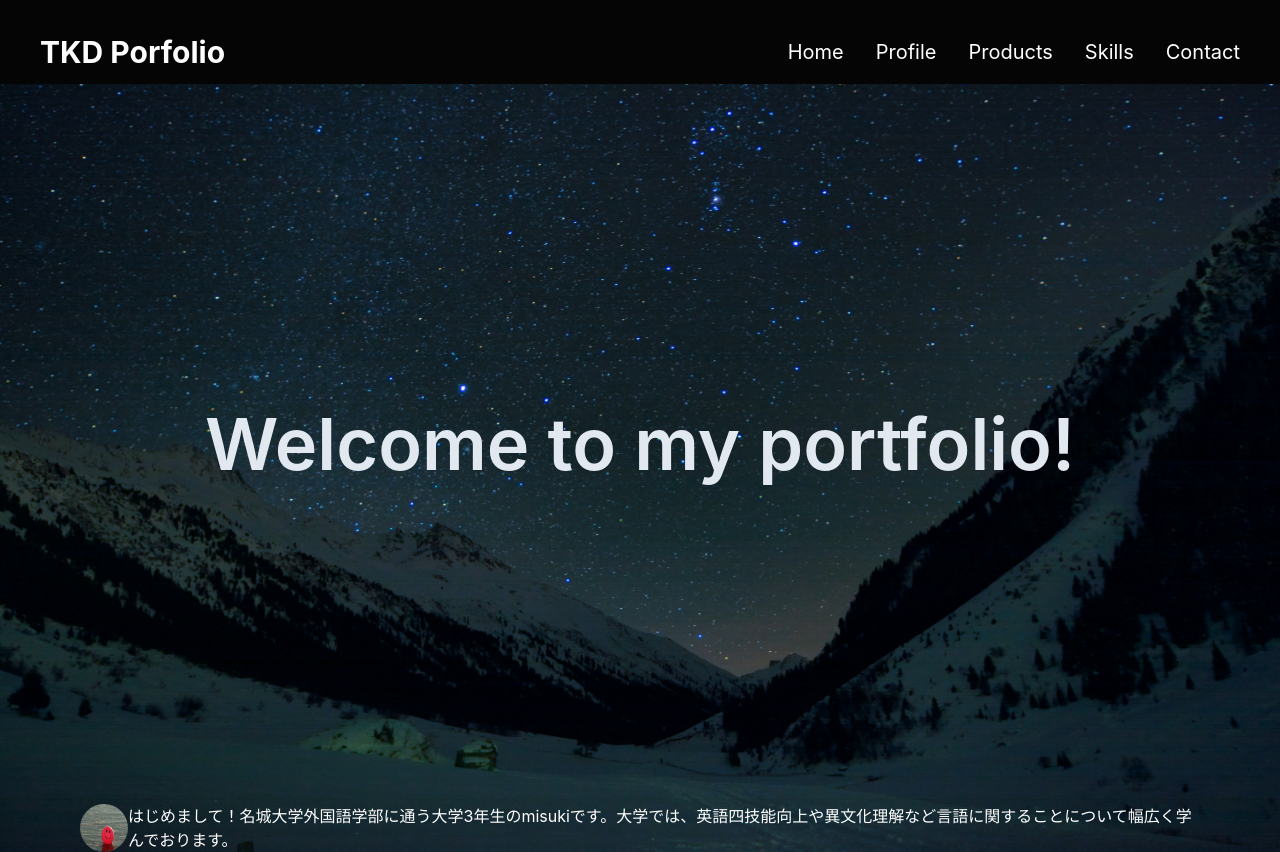
Repository: MitukiTakada/todo-aplication
Page: / (app in design/dev/react-tailwind/react-tailwind/)
The author's editor kept a copy of each file at every save. The page is drawn from the files as they stood at one save, then again after the next save.
The browser window is 1280 px wide. The pictures show the whole page.
The project was rebuilt for these pictures with package versions that can differ from the ones it lists, and the page was loaded fresh each time. Also part of the build but not shown: design/dev/react-tailwind/react-tailwind/src/components/Contact.jsx, design/dev/react-tailwind/react-tailwind/src/components/Products.jsx, design/dev/react-tailwind/react-tailwind/src/components/Profile.jsx, design/dev/react-tailwind/react-tailwind/src/components/Skills.jsx.

Above is the page before, as saved 2022-11-19 14:50:35.

### design/dev/react-tailwind/react-tailwind/public/index.html
<!DOCTYPE html>
<html lang="en">
  <head>
    <meta charset="utf-8" />
    <link rel="icon" href="%PUBLIC_URL%/favicon.ico" />
    <meta name="viewport" content="width=device-width, initial-scale=1" />
    <meta name="theme-color" content="#000000" />
    <meta
      name="description"
      content="Web site created using create-react-app"
    />
    <link rel="apple-touch-icon" href="%PUBLIC_URL%/logo192.png" />
    <link rel ="stylesheet" href="https://cdnjs.cloudflare.com/ajax/libs/font-awesome/5.15.3/css/all.min.css">
    <!--
      manifest.json provides metadata used when your web app is installed on a
      user's mobile device or desktop. See https://developers.google.com/web/fundamentals/web-app-manifest/
    -->
    <link rel="manifest" href="%PUBLIC_URL%/manifest.json" />
    <!--
      Notice the use of %PUBLIC_URL% in the tags above.
      It will be replaced with the URL of the `public` folder during the build.
      Only files inside the `public` folder can be referenced from the HTML.

      Unlike "/favicon.ico" or "favicon.ico", "%PUBLIC_URL%/favicon.ico" will
      work correctly both with client-side routing and a non-root public URL.
      Learn how to configure a non-root public URL by running `npm run build`.
    -->
    <title>React App</title>
  </head>
  <body>
    <noscript>You need to enable JavaScript to run this app.</noscript>
    <div id="root"></div>
    <!--
      This HTML file is a template.
      If you open it directly in the browser, you will see an empty page.

      You can add webfonts, meta tags, or analytics to this file.
      The build step will place the bundled scripts into the <body> tag.

      To begin the development, run `npm start` or `yarn start`.
      To create a production bundle, use `npm run build` or `yarn build`.
    -->
  </body>
</html>

### design/dev/react-tailwind/react-tailwind/src/index.jsx
import React from 'react';
import ReactDOM from 'react-dom/client';
import './index.css';
import App from './App';
import reportWebVitals from './reportWebVitals';
import { BrowserRouter } from 'react-router-dom';
import { ChakraProvider } from '@chakra-ui/provider';

const root = ReactDOM.createRoot(document.getElementById('root'));
root.render(
  <React.StrictMode>
    <BrowserRouter>
        <ChakraProvider>
          <App />
        </ChakraProvider>
    </BrowserRouter>
  </React.StrictMode>
);

// If you want to start measuring performance in your app, pass a function
// to log results (for example: reportWebVitals(console.log))
// or send to an analytics endpoint. Learn more: https://bit.ly/CRA-vitals
reportWebVitals();

### design/dev/react-tailwind/react-tailwind/src/App.jsx
import { BrowserRouter, Routes, Route } from "react-router-dom";
import Contact from "./components/Contact";
import Header from "./components/Header";
import Home from "./components/Home";
import Products from "./components/Products";
import Profile from "./components/Profile";
import Skills from "./components/Skills";


function App() {
  return (
    <div className=" bg-body  text-white w-full sm:px-0 pt-5">
     <Header />
      <Routes>
        <Route path="/" element={<Home />}/>
        <Route path="/prfole" element={<Profile />}/>
        <Route path="products" element={<Products />}/>
        <Route path="/skills" element={<Skills />}/>
        <Route path="/contact" element={<Contact />}/>
      </Routes>
    </div>
  );
}

export default App;

### design/dev/react-tailwind/react-tailwind/src/components/Header.jsx
import React from 'react'
import { Link } from 'react-router-dom'
import "./output.css"
import Hamburger from './atoms/Hamburger'

const Header = () => {
  return (
    <header className="container flex justify-between  w-full items-center mr-0 relative h-16 px-10">
      <div>
        <h2 className="text-2xl font-bold md:text-3xl">TKD Porfolio</h2>
      </div>
      <nav className="flex space-x-8 text-xl ml-8 items-center hidden md:block">
        <Link to={"/"} className="link">Home</Link>
        <Link to={"/profile"} className="link">Profile</Link>
        <Link to={"/products"} className="link">Products</Link>
        <Link to={"/skills"} className="link">Skills</Link>
        <Link to={"/contact"} className="link">Contact</Link>
      </nav>
      <Hamburger className="md:hidden absolute right-3"/>
    </header>
  )
}

export default Header

### design/dev/react-tailwind/react-tailwind/src/components/Home.jsx
import React from 'react'
import mainImage from "../images/main-image.jpeg"
import "./Home.css";
import userImage from "../images/user.jpg"

const Home = () => {
  return (
    <div className="home ">
      <div className="items-center ">
        <h1 className=" font-semibold text-3xl 100v text-center text-slate-200 lg:text-7xl md:text-5xl">Welcome to my portfolio!</h1>
      </div>
      <div className="flex mx-auto px-20">
        <img src={userImage} alt="" className="h-12 w-12 rounded-full"/>
        <p>はじめまして！名城大学外国語学部に通う大学3年生のmisukiです。大学では、英語四技能向上や異文化理解など言語に関することについて幅広く学んでおります。</p>
      </div>
    </div>
  )
}

export default Home

### design/dev/react-tailwind/react-tailwind/src/components/output.css
.link {
  @apply hover:text-purple-400 transition-all duration-300;
}
.drawer-link {
  @apply hover:text-purple-400 transition-all duration-300 text-xl block text-center my-3;
}
.contact-btn {
  @apply bg-purple-500 font-bold text-xl px-3 py-2 rounded border-none hover:bg-purple-800 duration-300 transition-all mt-10
}
.secondary-title {
  @apply text-3xl font-bold;
}
.secondary-title::before {
  content: "";
  @apply block w-12 h-2 bg-purple-400 rounded-full mb-1;
}

.section-paragraph {
  @apply text-secondary my-6 w-full max-w-3xl
}

.badge {
  @apply px-4 py-2 text-sm rounded bg-badge block
}

.send-btn {
  @apply bg-teal-400 font-bold text-xl px-3 py-2 rounded border-none hover:bg-teal-600 duration-300 transition-all mt-10
}

### design/dev/react-tailwind/react-tailwind/src/components/atoms/Hamburger.jsx
import React from 'react'
import {
  Drawer,
  DrawerBody,
  DrawerOverlay,
  DrawerContent,
  DrawerCloseButton,
  useDisclosure,
  Button
} from '@chakra-ui/react'
import { Link } from 'react-router-dom';
import { HamburgerIcon } from '@chakra-ui/icons';

const Hamburger = () => {
  const { isOpen, onOpen, onClose } = useDisclosure()
  return (
    <div className="md:hidden">
        <HamburgerIcon h={30} w={30} className="hover:text-purple-400 duration-300 transition-all cursor-pointer"
        onClick={onOpen}
        />
        <Drawer isOpen={isOpen} onClose={onClose} placement="left" size="xs">
          <DrawerOverlay>
            <DrawerContent>
              <DrawerBody className="w-2/5 bg-slate-200 h-full p-12">
                <div className="z-20 space-y-5 text-xl">
                  <Link to={"/"} className="link drawer-link">Home</Link>
                  <Link to={"/profile"} className="link drawer-link">Profile</Link>
                  <Link to={"/products"} className="link drawer-link">Products</Link>
                  <Link to={"/skills"} className="link drawer-link">Skills</Link>
                  <Link to={"/contact"} className="link drawer-link">Contact</Link>
                  <DrawerCloseButton className="text-white text-md  p-2 rounded mt-15 mx-auto bg-red-400 transition-all duration-300 hover:bg-red-700 ">閉じる</DrawerCloseButton>
                </div>
              </DrawerBody>
            </DrawerContent>
          </DrawerOverlay>
        </Drawer>
      </div>
  )
}

export default Hamburger

### design/dev/react-tailwind/react-tailwind/src/components/Home.css
.home {
  background-image: url(../images/mountain.jpeg);
  background-position: center;
  background-size: cover;
  height: 100%;
  width: 100%;
}

.home h1 {
  line-height: 100vh;
  align-items: center;
}

### design/dev/react-tailwind/react-tailwind/tailwind.config.js
/** @type {import('tailwindcss').Config} */
module.exports = {
  content: [
    "./src/**/*.{js,jsx,ts,tsx}",
  ],
  theme: {
    extend: {

      colors: {
        body: "#050505",
        secondary: "#9191A4",
        badge: "#3F3F51"
      },
      lineHeight: {
        "100v": "100vh"
      }
    },
  },
  plugins: [],
}

Loaded but not shown: design/dev/react-tailwind/react-tailwind/src/index.css (common file); design/dev/react-tailwind/react-tailwind/src/reportWebVitals.js (common file)

After the next save:
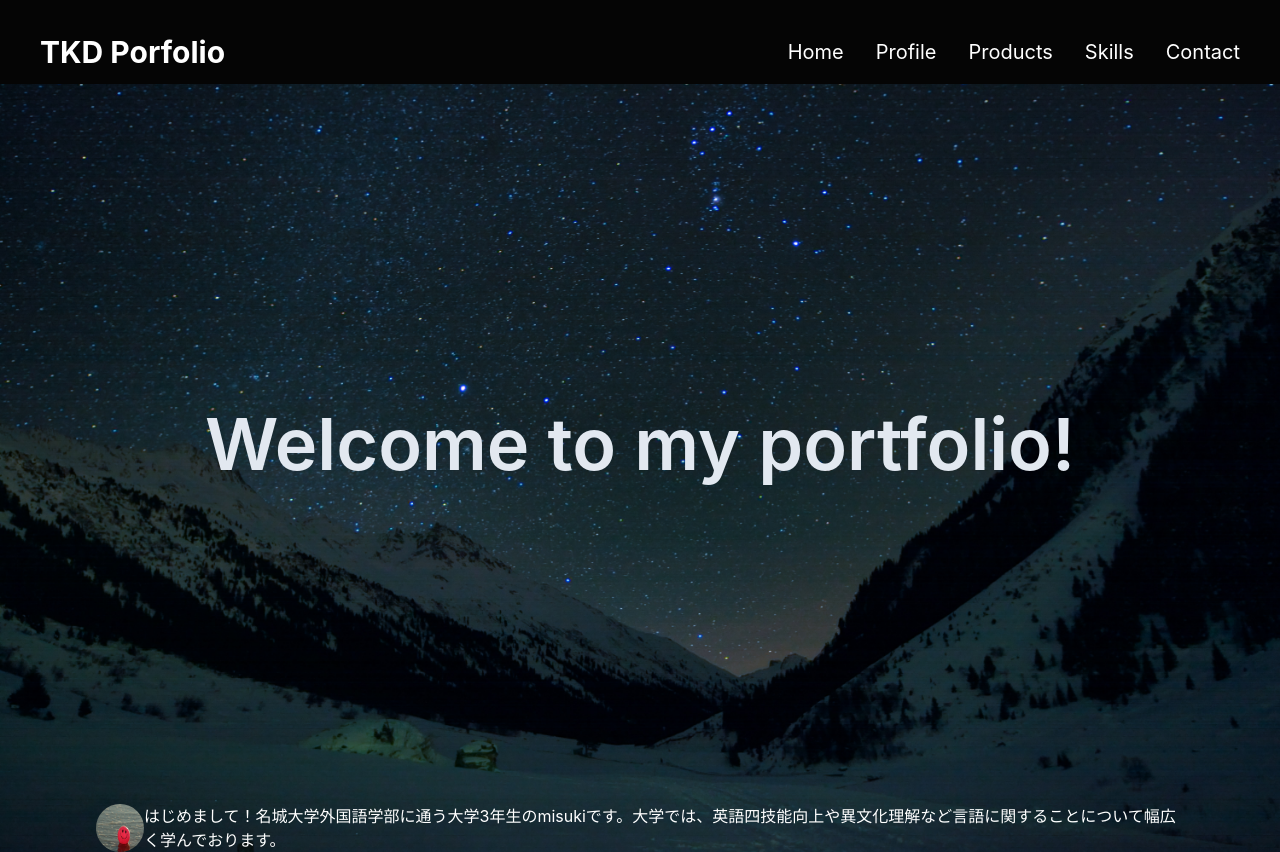
Saved 14 s later.
--- a/design/dev/react-tailwind/react-tailwind/src/components/Home.jsx
+++ b/design/dev/react-tailwind/react-tailwind/src/components/Home.jsx
@@ -9,7 +9,7 @@ const Home = () => {
       <div className="items-center ">
         <h1 className=" font-semibold text-3xl 100v text-center text-slate-200 lg:text-7xl md:text-5xl">Welcome to my portfolio!</h1>
       </div>
-      <div className="flex mx-auto px-20">
+      <div className="flex mx-auto px-24">
         <img src={userImage} alt="" className="h-12 w-12 rounded-full"/>
         <p>はじめまして！名城大学外国語学部に通う大学3年生のmisukiです。大学では、英語四技能向上や異文化理解など言語に関することについて幅広く学んでおります。</p>
       </div>
